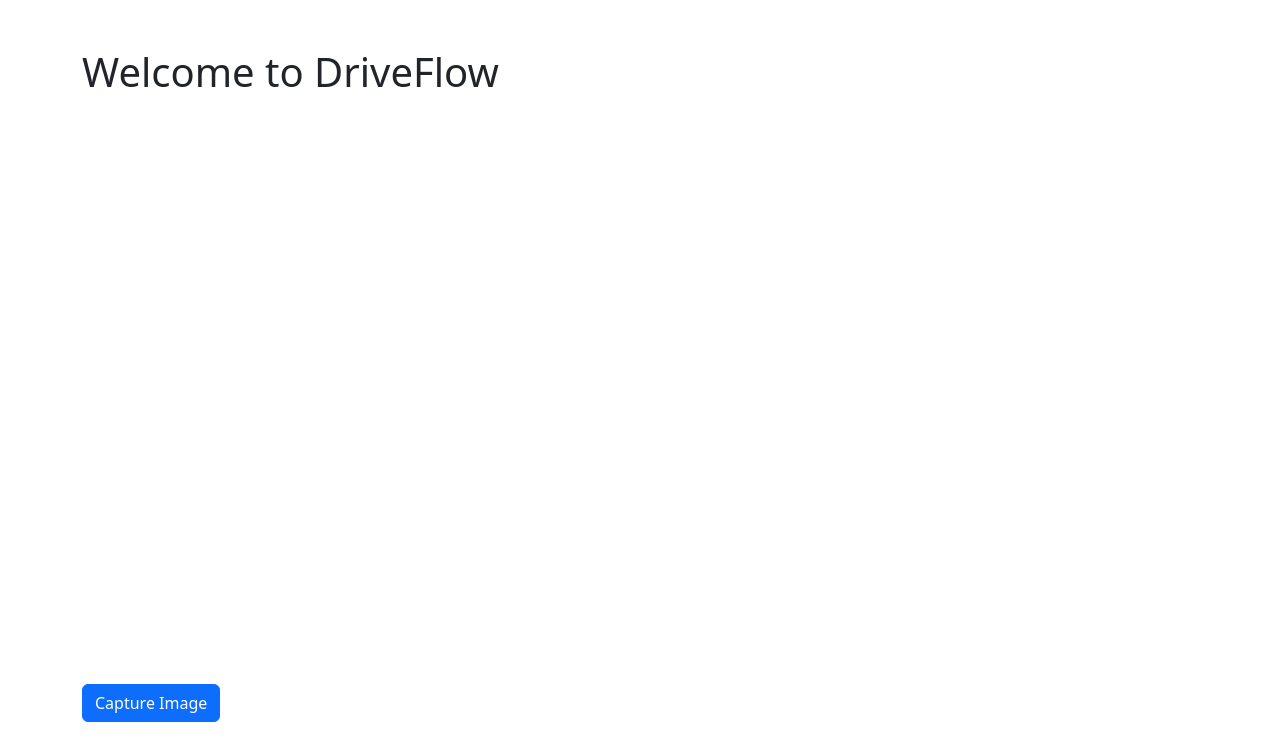
Repository: CrazyPaine/DriveFlow1.1
Page: index.html
The author's editor kept a copy of each file at every save. The page is drawn from the files as they stood at one save, then again after the next save.
The browser window is 1280 px wide. The pictures show the whole page.

Above is the page before, as saved 2024-02-09 16:40:17.

After the next save:
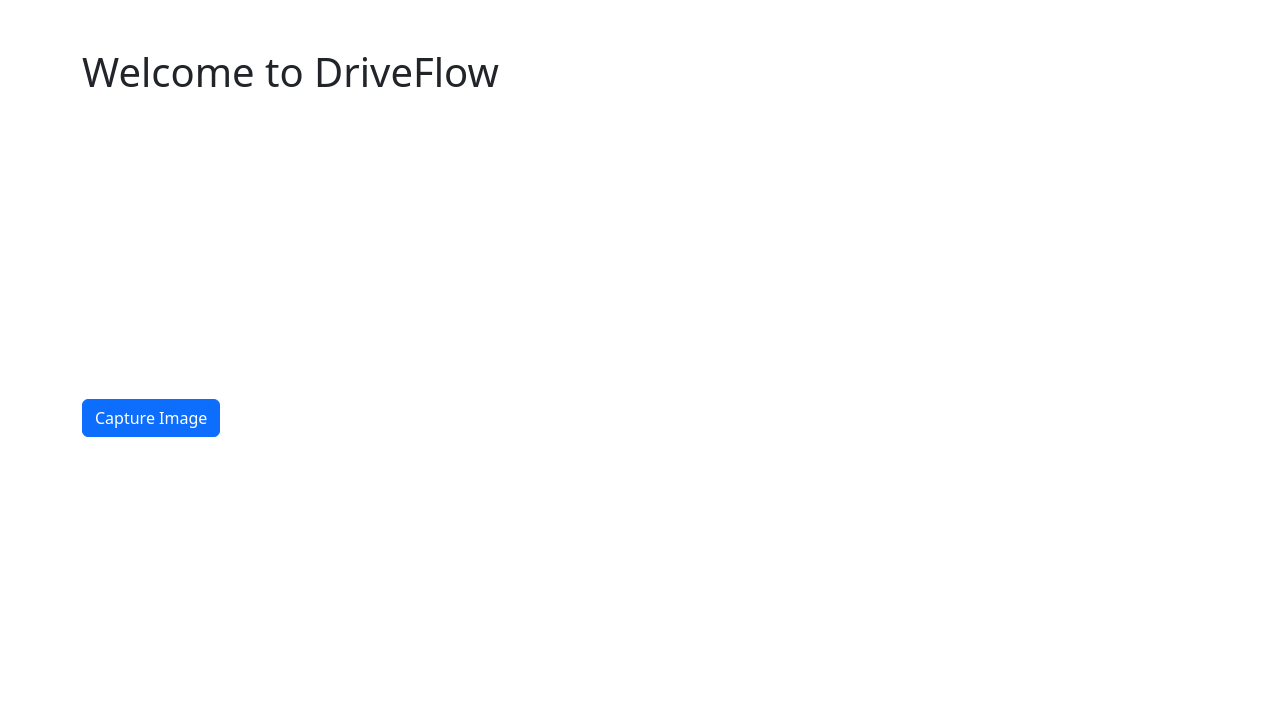
Saved 3 min 41 s later.
--- a/index.html
+++ b/index.html
@@ -1,3 +1,4 @@
+<!-- index.html -->
 <!DOCTYPE html>
 <html lang="en">
 <head>
@@ -12,11 +13,18 @@
 
     <div class="container mt-5">
     <h1>Welcome to DriveFlow</h1>
-    <video id="video" width="100%" height="auto" autoplay></video>
-    <button id="captureBtn" class="btn btn-primary mt-3">Capture Image</button>
+    <div class="row">
+        <div class="col-md-6">
+            <video id="video" class="w-100" autoplay></video>
+            <button class="btn btn-primary mt-3" onclick="captureImage()">Capture Image</button>
+        </div>
+        <div class="col-md-6">
+            <div id="result" class="mt-3"></div>
+        </div>
+    </div>
     <canvas id="canvas" style="display: none;"></canvas>
-    <div id="result" class="mt-3"></div>
     </div>
+
 
 
 
@@ -24,5 +32,6 @@
     <script src="https://cdn.jsdelivr.net/npm/bootstrap@5.2.3/dist/js/bootstrap.min.js"
         integrity="sha384-cuYeSxntonz0PPNlHhBs68uyIAVpIIOZZ5JqeqvYYIcEL727kskC66kF92t6Xl2V"
         crossorigin="anonymous"></script>
+
 </body>
 </html>
